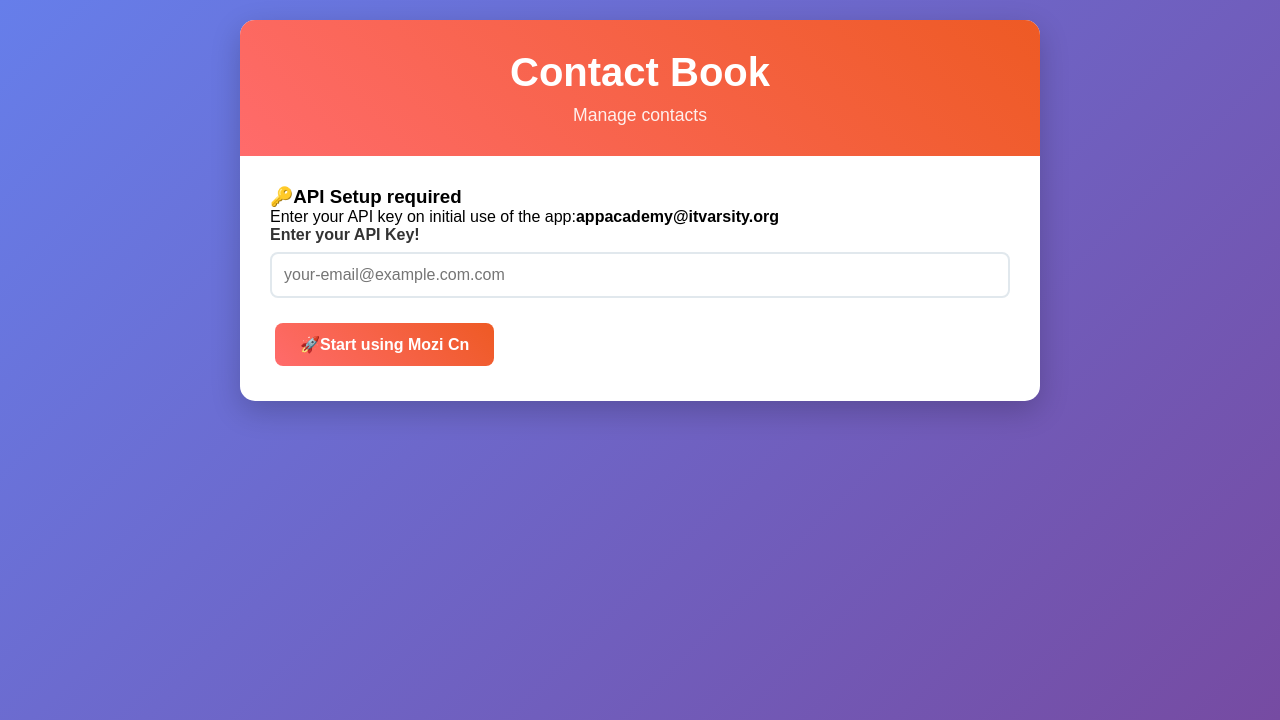
Repository: Mantombi81/Moznana-Contact
Page: index.html
The author's editor kept a copy of each file at every save. The page is drawn from the files as they stood at one save, then again after a run of saves.
The browser window is 1280 px wide. The pictures show the whole page.

Above is the page before, as saved 2025-06-11 21:59:02.

After the next 2 saves:
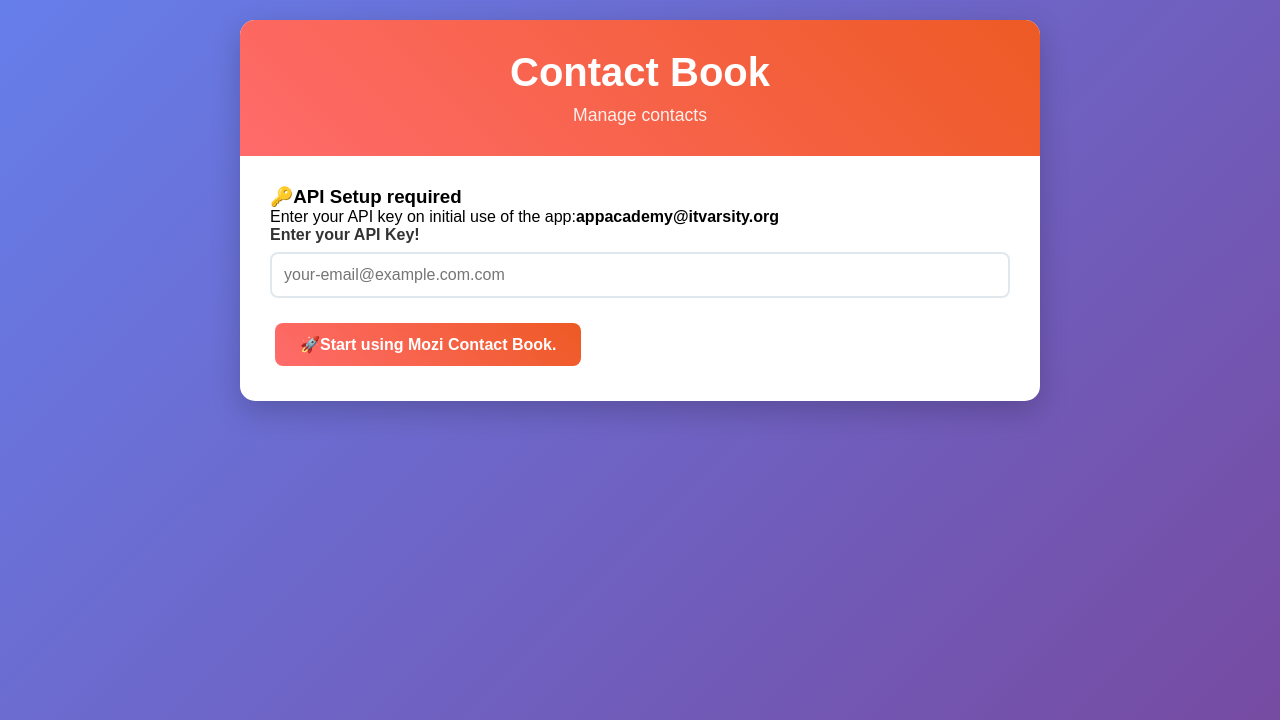
The 2 saves are shown as one change because they came seconds apart.
The last was saved 7 s later.
--- a/index.html
+++ b/index.html
@@ -25,7 +25,7 @@
                 <input type="email" id="apiKeyInput" placeholder="your-email@example.com.com">
              </div>
 
-             <button class="btn" onclick="setupApiKey()">🚀Start using Mozi Cn</button>
+             <button class="btn" onclick="setupApiKey()">🚀Start using Mozi Contact Book.</button>
              </div>
         </div>
 
